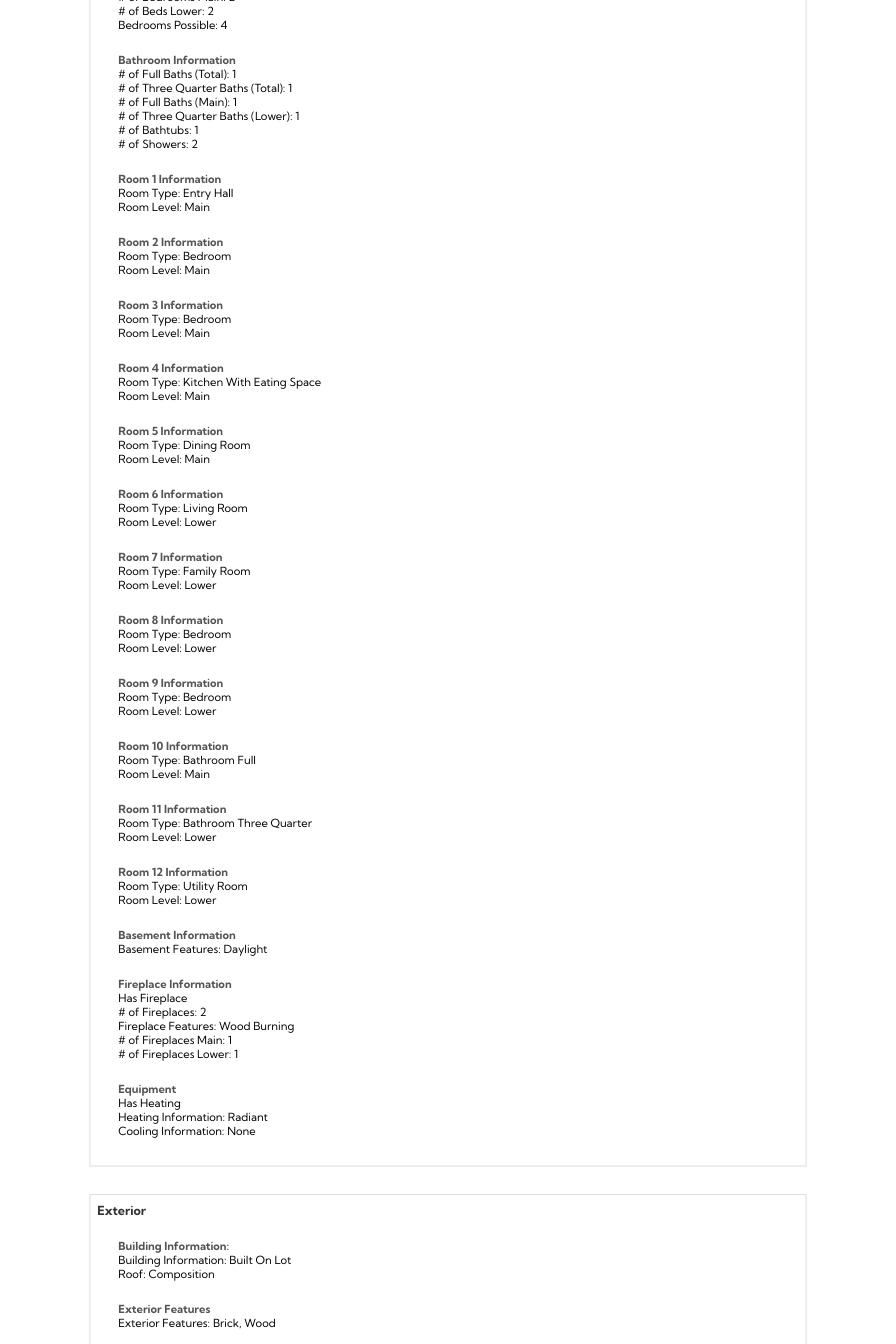
Repository: MrAllin1/ProgWWW_23_Gr1
Page: pages/House1.html
The author's editor kept a copy of each file at every save. The page is drawn from the files as they stood at one save, then again after the next save.
The browser window is 1280 px wide. The pictures show the part of the page from y = 1625 to 3545 px (the page is 5442 px tall before and 2672 px after), at 70% of full size.
Pictures or frames that could not be fetched are drawn as grey boxes. A picture or video elsewhere on the page could not be fetched, so the positions and the page height are approximate. Some web libraries are served in a nearby version.

Above is the page before, as saved 2024-01-11 07:58:32.

After the next save:
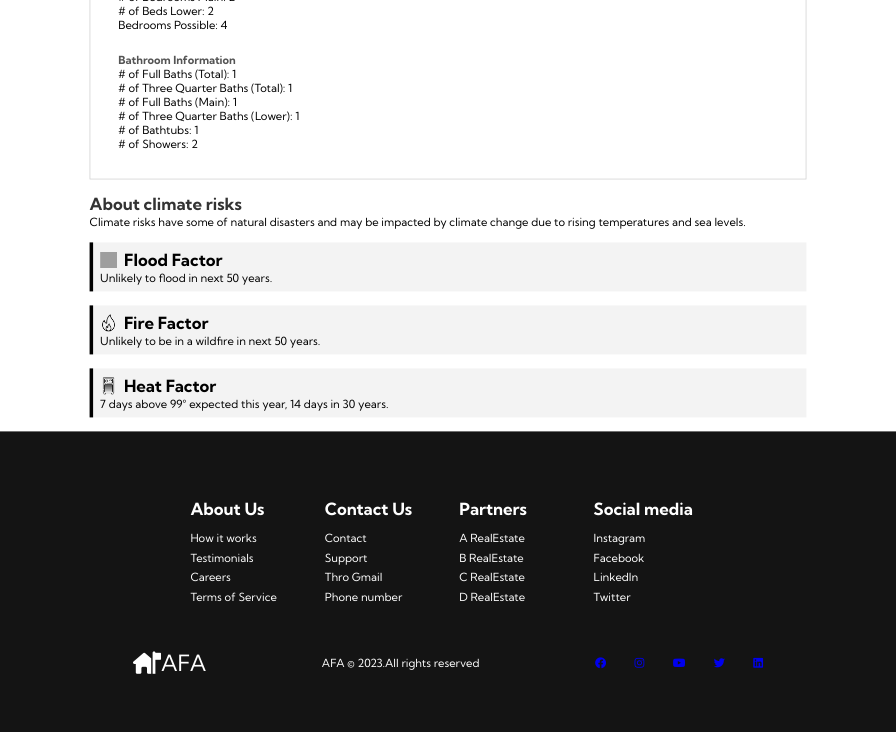
Saved 2 min 58 s later.
--- a/pages/House1.html
+++ b/pages/House1.html
@@ -110,83 +110,46 @@
 
     <div class="container">
         <h1>Property details for 12253 9th Ave NW</h1>
-            <div class="details">
-                <div class="section">
-                    <h2>Parking</h2>
-                    <ul>
-                        <li><strong>Parking:</strong></br> Covered Spaces: 2</br>Parking Total: 2</br>Parking Features: Driveway, Attached Garage</br>Has Attached Garage</br>Has Garage</li>
-                    </ul>
-                </div>
-            </div>
-
-            <div class="details">
-                <div class="section">
-                    <h2>Interior</h2>
-                    <ul>
-                        <li><strong>Bedroom Information</strong> </br># of Bedrooms: 4 </br># of Bedrooms Main: 2</br># of Beds Lower: 2</br>Bedrooms Possible: 4</li>
-                        <li><strong>Bathroom Information</strong> </br># of Full Baths (Total): 1</br># of Three Quarter Baths (Total): 1</br># of Full Baths (Main): 1</br># of Three Quarter Baths (Lower): 1</br># of Bathtubs: 1</br># of Showers: 2</li>
-                        <li><strong>Room 1 Information</strong> </br>Room Type: Entry Hall</br>Room Level: Main</li>
-                        <li><strong>Room 2 Information</strong> </br>Room Type: Bedroom</br>Room Level: Main</li>
-                        <li><strong>Room 3 Information</strong> </br>Room Type: Bedroom</br>Room Level: Main</li>
-                        <li><strong>Room 4 Information</strong> </br>Room Type: Kitchen With Eating Space</br>Room Level: Main</li>
-                        <li><strong>Room 5 Information</strong></br> Room Type: Dining Room </br>Room Level: Main</li>
-                        <li><strong>Room 6 Information</strong></br> Room Type: Living Room </br>Room Level: Lower</li>
-                        <li><strong>Room 7 Information</strong></br> Room Type: Family Room</br>Room Level: Lower</li>
-                        <li><strong>Room 8 Information</strong> </br>Room Type: Bedroom</br>Room Level: Lower</li>
-                        <li><strong>Room 9 Information</strong> </br>Room Type: Bedroom</br>Room Level: Lower</li>
-                        <li><strong>Room 10 Information</strong></br> Room Type: Bathroom Full </br>Room Level: Main</li>
-                        <li><strong>Room 11 Information</strong></br> Room Type: Bathroom Three Quarter </br>Room Level: Lower</li>
-                        <li><strong>Room 12 Information</strong></br> Room Type: Utility Room</br>Room Level: Lower</li>
-                        <li><strong>Basement Information</strong> </br>Basement Features: Daylight</li>
-                        <li><strong>Fireplace Information</strong></br> Has Fireplace</br> # of Fireplaces: 2</br>Fireplace Features: Wood Burning</br> # of Fireplaces Main: 1</br> # of Fireplaces Lower: 1</li>
-                        <li><strong>Equipment</strong></br>Has Heating</br>Heating Information: Radiant</br>Cooling Information: None</li>
-                    </ul>
-                </div>
-            </div>
-                <div class="details">
-                <div class="section">
-                    <h2>Exterior</h2>
-                    <ul>
-                        <li><strong>Building Information:</strong></br> Building Information: Built On Lot</br>Roof: Composition</li>
-                        <li><strong>Exterior Features</strong></br>Exterior Features: Brick, Wood</li>
-                        <li><strong>Pool Information</strong></br> Pool Features:Community</li>
-                        <li><strong>Property Information</strong></br> Energy Source: Oil</br>Style Code: 16 - 1 Story w/Bsmnt</li>
-
-                    </ul>
-                </div>
-            </div>
-            <div class="details">
-                <div class="section">
-                    <h2>Financial</h2>
-                    <ul>
-                        <li><strong>Tax Information:</strong> </br>Annual Amount: $9,461</li>
-                    </ul>
-                </div>
-            </div>
-            <div class="details">
-                <div class="section">
-                    <h2>Location</h2>
-                    <ul>
-                        <li><strong>Multi Unit Information:</strong></br> Pets Allowed: Number Limit, Size Limit, Yes</li>
-                        <li><strong>HOA Information</strong> </br>Has Home Owners Association </br>Association Name: Panorama Towers </br>Association Fee: $2,520 Monthly</br>Association Fee Includes: Association Management, Cable TV, Internet, Recreation Facilities, Sewer, Trash, Water</br>Association Amenities: Business Center, Dog Park, Fitness Center, Gated, Media Room, Barbecue, Pool, Recreation Room, Guard, Spa/Hot Tub, Security, Concierge</li>
-                        <li><strong>School</strong></br>  Elementary School: Thiriot Joseph,Thiriot Joseph</br>Middle Or Junior School: Sawyer Grant</br>High School: Clark Ed. W.</li>
-                        <li><strong>Community Information:</strong></br>Community Features: Pool</li>
-                    </ul>
-                </div>
-            </div>
-
-
-            <div class="details">
-                <div class="section">
-                    <h2>Other</h2>
-                    <ul>
-                        <li><strong>Listing Information:</strong></br> Attribution Contact: 702-930-8408</br>Buyer Agency Compensation: 2.5000</li>
-                    </ul>
-                </div>
-            </div>
-        </div>
-    </div>
-
+        <div class="details">
+            <div class="section">
+                <h2>Parking</h2>
+                <ul>
+                    <li>
+                        <strong>Parking:</strong><br>
+                        Covered Spaces: 2<br>
+                        Parking Total: 2<br>
+                        Parking Features: Driveway, Attached Garage<br>
+                        Has Attached Garage<br>
+                        Has Garage
+                    </li>
+                </ul>
+            </div>
+        </div>
+
+        <div class="details">
+            <div class="section">
+                <h2>Interior</h2>
+                <ul>
+                    <li>
+                        <strong>Bedroom Information</strong><br>
+                        # of Bedrooms: 4<br>
+                        # of Bedrooms Main: 2<br>
+                        # of Beds Lower: 2<br>
+                        Bedrooms Possible: 4
+                    </li>
+                    <li>
+                        <strong>Bathroom Information</strong><br>
+                        # of Full Baths (Total): 1<br>
+                        # of Three Quarter Baths (Total): 1<br>
+                        # of Full Baths (Main): 1<br>
+                        # of Three Quarter Baths (Lower): 1<br>
+                        # of Bathtubs: 1<br>
+                        # of Showers: 2
+                    </li>
+                </ul>
+            </div>
+        </div>
+    </div>
 
 
       <div class="container">
